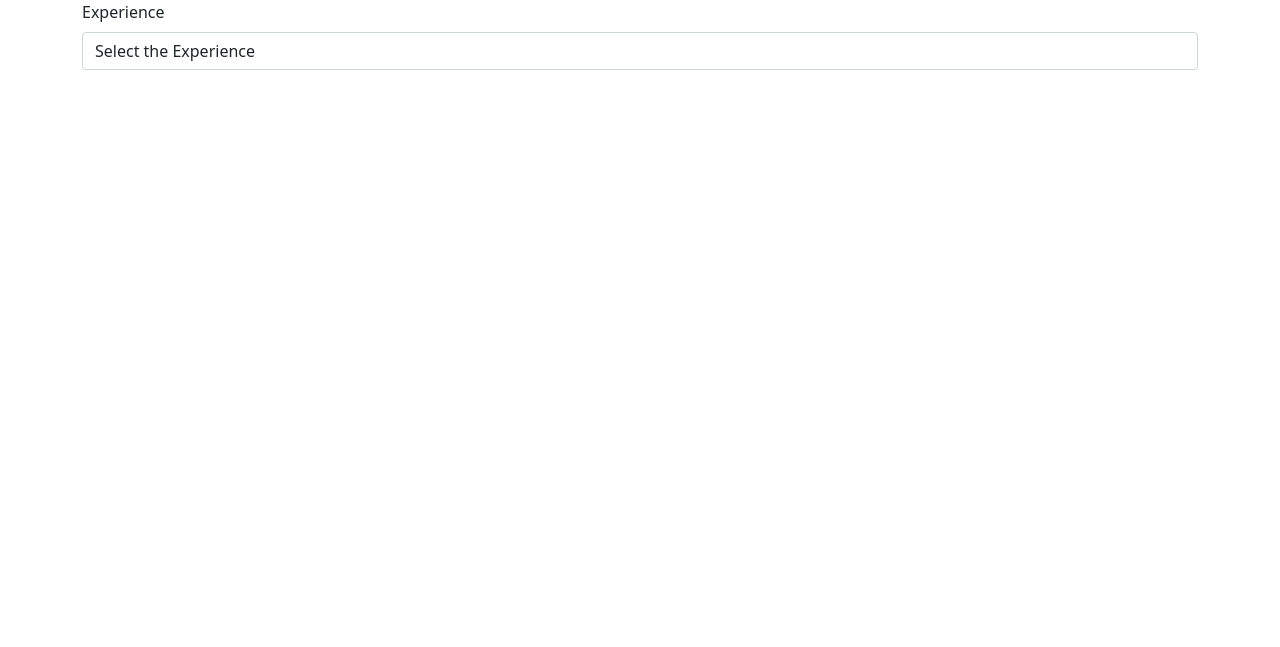
Repository: Sanjayjangra88/combo_app
Page: /
The author's editor kept a copy of each file at every save. The page is drawn from the files as they stood at one save, then again after the next save.
The browser window is 1280 px wide. The pictures show the whole page.
Some web libraries are served in a nearby version. The project was rebuilt for these pictures with package versions that can differ from the ones it lists, and the page was loaded fresh each time. Also part of the build but not shown: src/App.js.

Above is the page before, as saved 2022-06-02 14:26:48.

### public/index.html
<!DOCTYPE html>
<html lang="en">
  <head>
    <meta charset "UTF-8" />
    <link rel="icon" href="%PUBLIC_URL%/favicon.ico" />
    <meta name="viewport" content="width=device-width, initial-scale=1" />
    <meta name="theme-color" content="#000000" />
    <meta
      name="description"
      content="Web site created using create-react-app"
    />
    <link rel="apple-touch-icon" href="%PUBLIC_URL%/logo192.png" />
    <!--
      manifest.json provides metadata used when your web app is installed on a
      user's mobile device or desktop. See https://developers.google.com/web/fundamentals/web-app-manifest/
    -->
    <link rel="manifest" href="%PUBLIC_URL%/manifest.json" />
    <link href="https://cdn.jsdelivr.net/npm/bootstrap@5.0.2/dist/css/bootstrap.min.css" rel="stylesheet" integrity="sha384-EVSTQN3/azprG1Anm3QDgpJLIm9Nao0Yz1ztcQTwFspd3yD65VohhpuuCOmLASjC" crossorigin="anonymous">
    <!--
      Notice the use of %PUBLIC_URL% in the tags above.
      It will be replaced with the URL of the `public` folder during the build.
      Only files inside the `public` folder can be referenced from the HTML.

      Unlike "/favicon.ico" or "favicon.ico", "%PUBLIC_URL%/favicon.ico" will
      work correctly both with client-side routing and a non-root public URL.
      Learn how to configure a non-root public URL by running `npm run build`.
    -->
    <!-- Bootstrap CSS -->
    <link rel="stylesheet" href="https://cdn.jsdelivr.net/npm/bootstrap@4.0.0/dist/css/bootstrap.min.css" integrity="sha384-Gn5384xqQ1aoWXA+058RXPxPg6fy4IWvTNh0E263XmFcJlSAwiGgFAW/dAiS6JXm" crossorigin="anonymous">

    <title>React App</title>
  </head>
  <body>
    <noscript>You need to enable JavaScript to run this app.</noscript>
    <div id="root"></div>
    <script src="https://kit.fontawesome.com/9e06ebf41f.js" crossorigin="anonymous"></script>
    <!--
      This HTML file is a template.
      If you open it directly in the browser, you will see an empty page.

      You can add webfonts, meta tags, or analytics to this file.
      The build step will place the bundled scripts into the <body> tag.

      To begin the development, run `npm start` or `yarn start`.
      To create a production bundle, use `npm run build` or `yarn build`.
    -->
    <script src="https://code.jquery.com/jquery-3.2.1.slim.min.js" integrity="sha384-KJ3o2DKtIkvYIK3UENzmM7KCkRr/rE9/Qpg6aAZGJwFDMVNA/GpGFF93hXpG5KkN" crossorigin="anonymous"></script>
    <script src="https://cdn.jsdelivr.net/npm/popper.js@1.12.9/dist/umd/popper.min.js" integrity="sha384-ApNbgh9B+Y1QKtv3Rn7W3mgPxhU9K/ScQsAP7hUibX39j7fakFPskvXusvfa0b4Q" crossorigin="anonymous"></script>
    <script src="https://cdn.jsdelivr.net/npm/bootstrap@4.0.0/dist/js/bootstrap.min.js" integrity="sha384-JZR6Spejh4U02d8jOt6vLEHfe/JQGiRRSQQxSfFWpi1MquVdAyjUar5+76PVCmYl" crossorigin="anonymous"></script>
  </body>
</html>

### src/index.js
import React from 'react';
import ReactDOM from 'react-dom';
import './index.css';
import App from './App';
import reportWebVitals from './reportWebVitals';
import 'bootstrap/dist/css/bootstrap.min.css';

import DropDown5 from './Components/dropDown5';

ReactDOM.render(
  <React.StrictMode>
    <DropDown5/>
  </React.StrictMode>,
  document.getElementById('root')
);

// If you want to start measuring performance in your app, pass a function
// to log results (for example: reportWebVitals(console.log))
// or send to an analytics endpoint. Learn more: https://bit.ly/CRA-vitals
reportWebVitals();

### src/Components/dropDown5.jsx
import React, { Component } from 'react'

export class dropdown5 extends Component {
    state={
        // persons:{experience:""},
        persons:{experience:""},
        experiences:[
            "Fresher",
            "0-1 years",
            "1-3 years",
            "3-5 years",
            "5+ years"
        ],
        manager:{name:""},
        managers:[
            "Meg Smith","Bill Watson","Tim Gates","George Cook","Larry Gomes"
        ],
        servers: ["Development","Deployment","Alpha Test","Beta Test","BackUp"]
    }
    handelChange=(e)=>{
        const{currentTarget:input}=e;
        let s1={...this.state};
        input.type==="checkbox"
        ? input.name==="server" ? (s1.persons.server = this.updateCBs(input.checked,input.value,s1.persons.server))
            :(s1.persons[input.name]=input.checked)
            :(s1.persons[input.name]=input.value);
        s1.manager[input.name] = input.value;

        this.setState(s1);


    }
    updateCBs=(checked,value,arr)=>{
        if(checked)
            arr.push(value);

        else{
            let index = arr.findIndex((ele) =>ele === value);
            if(index >= 0) arr.splice(index,1);
        }
        return arr;

    }
  render() {
      const{experience,server}=this.state.persons;
      const{experiences}=this.state;
      const{name}=this.state.manager;
      const{managers,servers}=this.state;

    return (
      <div className='container'>
          <div className="form-group">
          <label>Experience</label>
          <select className="form-control"name="experience"id="experience"value={experience}onChange={this.handelChange}>
        <option disabled value="">Select the Experience</option>
        {experiences.map((ele)=><option>{ele}</option>)}
          </select>
          </div>
          {/* <label className="form-check-label font-weight-bold">Select Name</label>
          {managers.map((ele)=>(
              <div className="form-check">
                  <input
                  className='form-check-input'
                  type="radio"
                  name="name"
                  value={ele}
                  checked={name===ele}
                  onChange={this.handelChange}/>
                  <label className="form-check-label">{ele}</label>
              </div>
          ))} */}
           {/* <label className='form-check-label font-weight-bold'>Server</label>
              {servers.map((ele,index)=>(
                  <div className="form-check">
                      <input
                       className='form-check-input'
                       value={ele}
                       type="checkbox"
                       name="server"
                       checked={server.findIndex((st)=>st===ele)>=0}
                       onChange={this.handelChange}
                      />
                      <label className='form-check-label'>{ele}</label>
                  </div>
              ))} */}

      </div>
    )
  }
}

export default dropdown5

### src/App.css
*{
  margin: 0;
  padding: 0;
}
.slidebar{
  position: absolute;
  background-color: rgb(168, 165, 165);
  height: 100vh;
  width: 30vh;
  margin-right: 5px;
  transition: transform 0.3s ease-in;


}
.slidebar  li a{
  text-decoration: none;
  color:white;
}
.slidebar  li{
  list-style: none;
  font-size: 20px;
  padding: 13px 0;
  color:white;
}
.box{
  margin-left: 32vh;
}
div.d-flex.justify-content-between{
  margin-left: 30vh;
}

.th1{
  background-color: black;
  color: white;
  border: 1px solid black;
  text-align: center;
  padding-left: 15px;
  padding-right: 15px;
}
.col1 {
  border: 1px solid black;
  text-align: center;
  padding-left: 15px;
  padding-right: 15px;
}

### src/Components/dropDown2.jsx
import React, { Component } from 'react'

export class dropDown2 extends Component {
    state={
        persons:{
            name:"",
            age:"",
            country:"",
            gender:"",
            passport:"",
            licence:"",
             city:"" ,
            passportNumber:"",
            designation:"",
            techKnown:[],

        },
        countrys:[
            "United state of amarica",
            "Canada",
            "India",
            "United Kingdom",
        ],
        countryList:[
            {country:"United state of amarica",cities:["New York","Losangles","Seattle","San Fransisco"]},
            {country:"Canada",cities:["Toronto","Montreal","Vancouver"]},
            {country:"India",cities:["Delhi","Bengluru","Pune","Mumbai"]},
            {country:"United Kingdom",cities:["London","Bristial","Manchester"]},
        ],
        designations:[
            "Devloper",
            "Senior Devloper",
            "Team Leader",
            "ArchiTech",
            "Delivery Manager"
        ],
        tech:[
            "React","JavaScricpt","JQuery","AngularJS"
        ]
    }
    handelChange=(e)=>{
        const {currentTarget:input}=e;
        let s1={...this.state};
        input.type==="checkbox"?
        input.name==="techKnown"?( s1.persons.techKnown=this.updateCBs(input.checked,input.value,s1.persons.techKnown)):
         s1.persons[input.name]=input.checked:
        s1.persons[input.name]=input.value;
        if(input.name==="country") s1.persons.city="";
        if(!s1.persons.passport) s1.persons.passportNumber = "";
        this.setState(s1);

    }
    updateCBs=(checked,value,arr)=>{
        let s1={...this.state};
        if(checked) arr.push(value)
        else{
            let index = arr.findIndex((ele)=>ele===value)
            if(index>=0) arr.splice(index,1);
        }
        return arr;

    }
    handelSubmit=(e)=>{
      e.preventDefault();
    }
    render(){
        const{name,age,country,gender,passport,licence,city,passportNumber,designation,techKnown}=this.state.persons;
        const{countrys,countryList,designations,tech}=this.state;
        const cities = country? countryList.find((ele)=>ele.country===country).cities:[]
        return(
            <div className="container">
                <h5>Enter New Details</h5>
                <div className="form-group">
                    <label>Name</label>
                    <input type="text"className="form-control"name="name"id="name"placeholder='Enter the name'value={name}onChange={this.handelChange} />
                </div>
                <div className="form-group">
                    <label>Age</label>
                    <input type="number"className="form-control"id="age"name='age' placeholder='Enter the name'value={age}onChange={this.handelChange} />
                </div>
                <div className="form-group">
                    <label>Contry</label>
                    <select className="form-control"name="country"id="country"value={country}onChange={this.handelChange}>
                        <option disabled value="">Select the Country</option>
                        {countrys.map((ele)=><option>{ele}</option>)}
                    </select>
                </div>
                {country? <div className="form-group">
                    <label>City</label>
                    <select className="form-control"name="city"id="country"value={city}onChange={this.handelChange}>
                        <option disabled value="">Select the City</option>
                        {cities.map((ele)=><option>{ele}</option>)}
                    </select>
                </div> :""}
                <div className="form-check form-check-inline">
                    <input
                    className="form-check-input"
                    type="radio"
                    name="gender"
                    value="Male"
                    checked={gender==="Male"}
                    onChange={this.handelChange}/>
                    <label className="form-check-label">Male</label>
                </div>
                <div className="form-check form-check-inline">
                    <input
                    className="form-check-input"
                    type="radio"
                    name="gender"
                    value="Female"
                    checked={gender==="Female"}
                    onChange={this.handelChange}/>
                    <label className="form-check-label">Female</label>
                </div>
                <div className="form-check">
                    <input className="form-check-input"type="checkbox"value={passport} name="passport"checked={passport}onChange={this.handelChange}/>
                    <label className="form-check-label">Passport</label>
                </div>
                {passport? <div className="form-group">
                    <label>Passport Number</label>
                    <input type="text"className="form-control"name="passportNumber"id="passportNumber"placeholder='Enter the passport Number'value={passportNumber}onChange={this.handelChange} />
                </div>:""}
                <div className="form-check">
                    <input className="form-check-input"type="checkbox"value={licence} name="licence"checked={licence}onChange={this.handelChange}/>
                    <label className="form-check-label">Licence</label>
                </div>
                <label className="form-check-label font-weight-bold">Choose Designation</label><br/>
                {designations.map((ele)=>(
                     <div className="form-check form-check-inline">
                     <input
                     className="form-check-input"
                     type="radio"
                     name="designation"
                     value={ele}
                     checked={designation===ele}
                     onChange={this.handelChange}/>
                     <label className="form-check-label">{ele}</label>
                 </div>
                ))}
               <br/>
                <label className="form-check-label font-weight-bold">Tech</label>
                {tech.map((ele)=>(<div className="form-check">
                    <input className="form-check-input"type="checkbox"value={ele} name="techKnown"
                    checked={techKnown.findIndex((e)=>e===ele)>=0}onChange={this.handelChange}/>
                    <label className="form-check-label">{ele}</label>
                </div>))}
                <br/>
                <button className='btn btn-primary'onClick={this.handelSubmit}>Submit</button>
            </div>
        )


    }
}

export default dropDown2

Loaded but not shown: src/index.css (common file); src/reportWebVitals.js (common file)

After the next save:
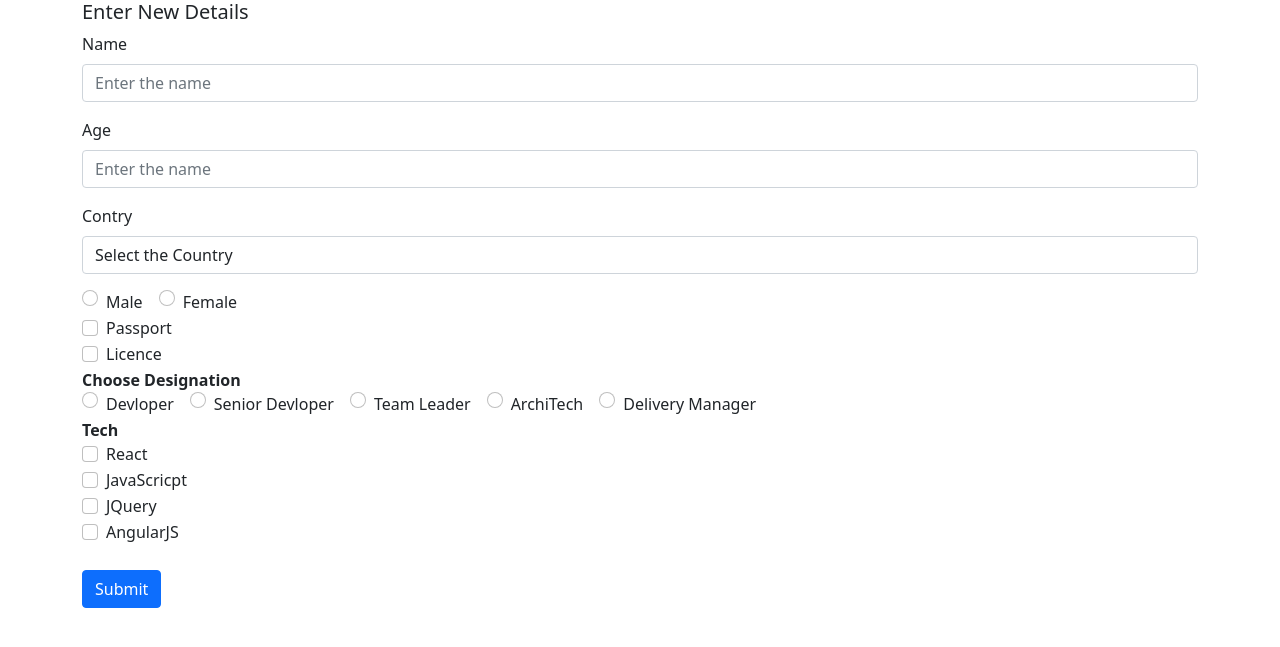
Saved 3 min 32 s later.
--- a/src/index.js
+++ b/src/index.js
@@ -5,11 +5,11 @@
 import reportWebVitals from './reportWebVitals';
 import 'bootstrap/dist/css/bootstrap.min.css';
 
-import DropDown5 from './Components/dropDown5';
+import DropDown2 from './Components/dropDown2';
 
 ReactDOM.render(
   <React.StrictMode>
-    <DropDown5/>
+    <DropDown2/>
   </React.StrictMode>,
   document.getElementById('root')
 );

After the save that followed:
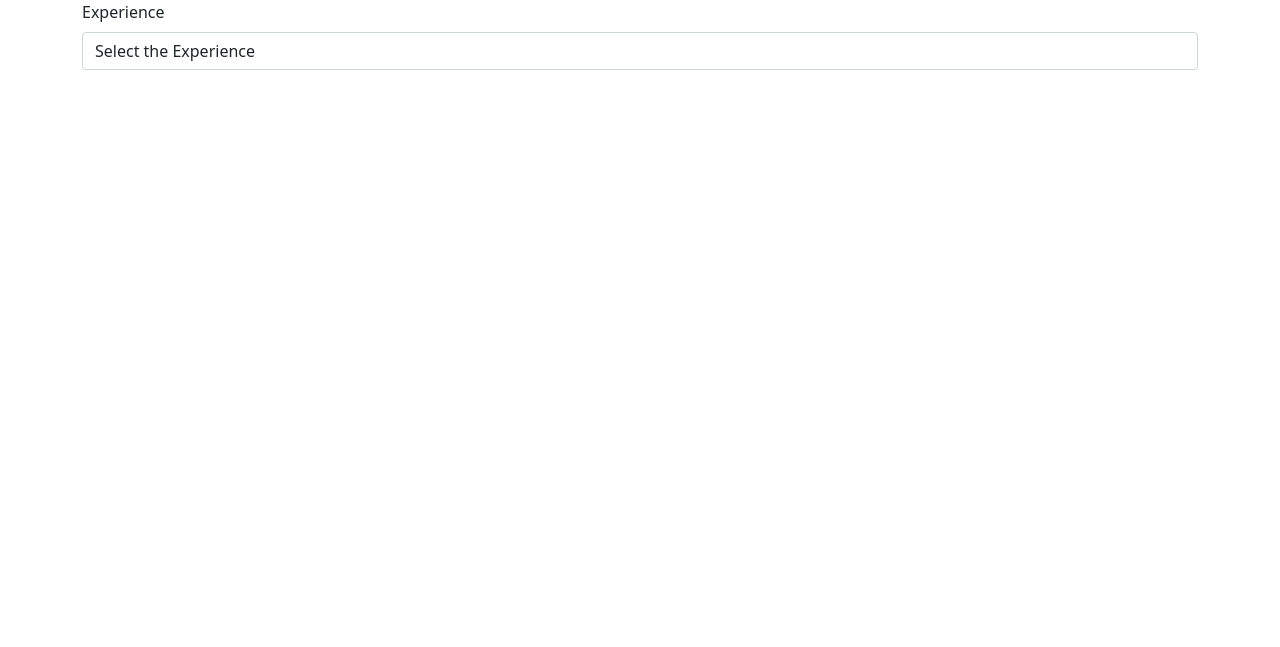
Saved 6 min 17 s later.
--- a/src/index.js
+++ b/src/index.js
@@ -5,11 +5,11 @@
 import reportWebVitals from './reportWebVitals';
 import 'bootstrap/dist/css/bootstrap.min.css';
 
-import DropDown2 from './Components/dropDown2';
+import DropDown5 from './Components/dropDown5';
 
 ReactDOM.render(
   <React.StrictMode>
-    <DropDown2/>
+    <DropDown5/>
   </React.StrictMode>,
   document.getElementById('root')
 );
